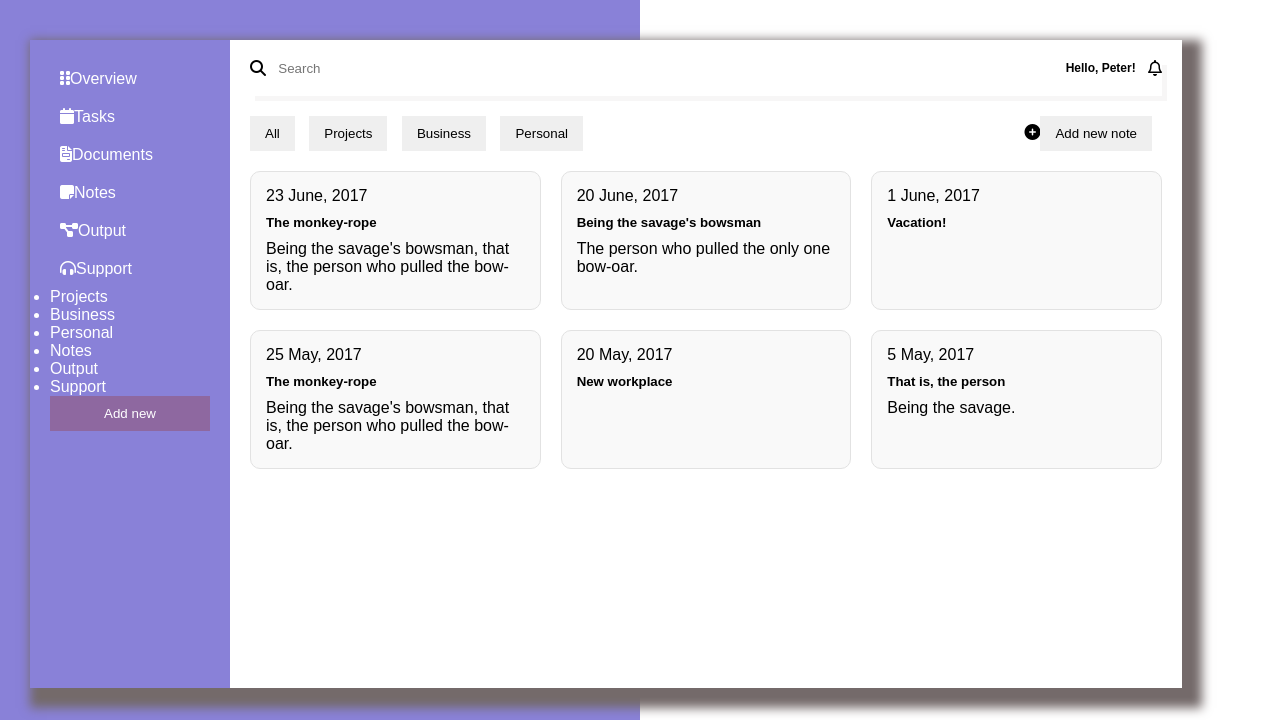
Repository: SatenikGabrielyan/HTML_CSS-_Assignment
Page: index.html
The author's editor kept a copy of each file at every save. The page is drawn from the files as they stood at one save, then again after the next save.
The browser window is 1280 px wide. The pictures show the whole page.
Some web libraries are served in a nearby version.

Above is the page before, as saved 2025-03-17 23:57:20.

### index.html
<!DOCTYPE html>
<html lang="en">
  <head>
    <meta charset="UTF-8" />
    <meta name="viewport" content="width=device-width, initial-scale=1.0" />
    <title>Notes App</title>
    <link rel="stylesheet" href="./style.css" />
    <script src="https://kit.fontawesome.com/858d305f19.js" crossorigin="anonymous"></script>
</head>
  <body>
      <div class="cont">
          <div class="purp"></div>
          <div class="whit"></div>
      </div>
    <div class="container">
      <aside class="sidebar">
        <!-- <header class="circle">
            <i class="fa-regular fa-circle"></i>
        </header> -->
        <nav>
            <ul class="first">
                <li><i class="fa-solid fa-grip-vertical"></i>Overview</li>
                <li> <i class="fa-solid fa-calendar"></i>Tasks</li>
                <li><i class="fa-solid fa-file-invoice"></i>Documents</li>
                <li><i class="fa-solid fa-note-sticky"></i>Notes</li>
                <li><i class="fa-solid fa-diagram-project"></i>Output</li>
                <li><i class="fa-solid fa-headphones-simple"></i>Support</li>
            </ul>
            <ul class="second">
                <li>Projects</li>
                <li>Business</li>
                <li>Personal</li>
                <li>Notes</li>
                <li>Output</li>
                <li>Support</li>
            </ul>
        </nav>
        <button class="add-new">Add new</button>
    </aside>

    <main class="main-content">
       <div class="header">
            <i class="fas fa-search"></i>  <input type="text" placeholder="Search">
            <h3>Hello, Peter!</h3> <i class="fa-regular fa-bell"></i>
    </div>
    <div class="proj">
        <div class="but">
        <div class="tabs">
            <button>All</button>
            <button>Projects</button>
            <button>Business</button>
            <button>Personal</button>
        </div>
        <div >
            <i class="fa-solid fa-circle-plus"></i><button class="add tabs">Add new note</button>
        </div>
    </div>
        <div class="notes-grid">
            <div class="note-card">
                <h4>23 June, 2017</h4>
                <h5>The monkey-rope</h5>
                <p>Being the savage's bowsman, that is, the person who pulled the bow-oar.</p>
            </div>
            <div class="note-card">
                <h4>20 June, 2017</h4>
                <h5>Being the savage's bowsman</h5>
                <p>The person who pulled the only one bow-oar.</p>
            </div>
            <div class="note-card">
                <h4>1 June, 2017</h4>
                <h5>Vacation!</h5>
            </div>
            <div class="note-card">
                <h4>25 May, 2017</h4>
                <h5>The monkey-rope</h5>
                <p>Being the savage's bowsman, that is, the person who pulled the bow-oar.</p>
            </div>
            <div class="note-card">
                <h4>20 May, 2017</h4>
                <h5>New workplace</h5>
            </div>
            <div class="note-card">
                <h4>5 May, 2017</h4>
                <h5>That is, the person</h5>
                <p>Being the savage.</p>
            </div>
        </div>
    </div>
    </main>

    </div>

  </body>
</html>

### style.css
/* CSS Variables for Colors */
:root {
    --bg-color: #fbfbfb;
    --primary-color: #8981d8;
    --secondary-color: #d0d0d0;
    --text-color: #858499;
    --highlight-color: #7f77cc;
    --hover-color: rgba(137, 129, 216, 0.5);
  }


  * {
    margin: 0;
    padding: 0;
    box-sizing: border-box;
  }

  body {
    font-family: Arial, sans-serif;
    /* background-color: var(--bg-color); */
    display: flex;
    height: 100vh;
  }
  .wrapper{
    position: relative;
  }

  .cont{
      display: flex;
      width: 100%;
      position: relative;
      z-index: -1;
      border-radius: 10px;
  }
.purp {
    width: 50%;
    background-color: var(--primary-color);
    flex-direction: row;
}
.whit {
    width: 50%;
    /* background-color: lightgray; */
    flex-direction: row;
}
  .container {
    display: flex;
    width: 90%;
    height: 90%;

    box-shadow: 10px 10px 10px 10px rgb(116, 106, 106);
    margin-left: 30px;
    margin-right: 30px;
    margin-top: 40px;
    margin-bottom: 80px;
    background: center;
    position: absolute;
    z-index: 2;
  }

   .sidebar {
    width: 200px;
    background-color: var(--primary-color);
    color: #fff;
    display: flex;
    flex-direction: column;
    padding: 20px;
  }

  .main-content li {
    float: left;
  }

  .main-content li a {
    display: block;
    color: white;
    text-align: center;
    padding: 14px 16px;
    text-decoration: none;
  }

  .main-content li a:hover:not(.active) {
    background-color: #111;
  }

  .sidebar-header h2 {
    margin-bottom: 20px;
  }

  .sidebar-list {
    list-style: none;
  }

  .sidebar-list li {
    margin: 15px 0;
    display: flex;
    align-items: center;
    cursor: pointer;
  }

  .sidebar-list li i {
    margin-right: 10px;
  }

  .main-content {
    background-color: white;
    /* width: 200px; */
    flex-grow: 1;
    flex: 1;
    /* padding-top: 20px; */
     padding: 20px;
    /* overflow-y: auto;  */
  }

   /* header {
    display: flex;
    justify-content: space-between;
    align-items: center;
    margin-bottom: 20px;
  } */

  /*
  .header-left p {
    font-size: 1.2em;
    color: var(--text-color);
  }

  .header-right {
    display: flex;
    align-items: center;
  }

  .header-right i {
    margin-right: 20px;
    cursor: pointer;
  }

  .add-note-btn {
    background-color: var(--primary-color);
    color: #fff;
    border: none;
    padding: 10px 20px;
    cursor: pointer;
    display: flex;
    align-items: center;
  }

  .add-note-btn i {
    margin-right: 10px;
  }


  .notes-grid {
    display: grid;
    grid-template-columns: repeat(auto-fill, minmax(300px, 1fr));
    gap: 20px;
  }

  .note-item {
    background-color: #fff;
    border-radius: 8px;
    box-shadow: 0 2px 4px rgba(0, 0, 0, 0.1);
    overflow: hidden;
    display: flex;
    flex-direction: column;
    padding: 20px;
  }

  .note-item img {
    width: 100%;
    height: auto;
    border-radius: 8px;
    margin-bottom: 15px;
  }

  .note-item p {
    color: var(--text-color);
    font-size: 1em;
    line-height: 1.5;
  }


  .sidebar-list li:hover {
    background-color: var(--highlight-color);
    transition: background-color 0.3s ease;
  }


  @media (max-width: 768px) {
    .container {
      flex-direction: column;
    }

    .sidebar {
      width: 100%;
      flex-direction: row;
      justify-content: space-around;
      padding: 10px;
    }

    .sidebar-list {
      display: flex;
      flex-direction: row;
      gap: 15px;
    }

    .sidebar-list li {
      margin: 0;
    }

    .main-content {
      padding: 10px;
    }

    header {
      flex-direction: column;
      align-items: flex-start;
    }

    .header-right {
      margin-top: 10px;
    }

    .notes-grid {
      grid-template-columns: 1fr;
    }

    .note-item {
      padding: 10px;
    }

    .note-item img {
      margin-bottom: 10px;
    }
  } */
  /* .sidebar {
    background-color: #5e4b9a;
    color: white;
    width: 300px;
    padding: 20px;
} */

/* .sidebar header {
    font-size: 24px;
}

.sidebar nav ul {
    list-style: none;
    padding: 0;
}

.sidebar nav ul li {
    margin: 15px 0;
} */

.add-new {
    background-color: #8e68a0;
    color: white;
    border: none;
    padding: 10px;
    cursor: pointer;
}

.header {
    display: flex;
    width: 100%;
    justify-content: space-between;
    align-items: center;
    background-color: white;
    box-shadow: 5px  5px rgb(247, 246, 246);
    padding-bottom: 20px;
}

.header input {
    border: none;
    margin: 0;
    width: 85%;
}

.header h3 {
    margin: 0;
    font-size: 12px;
}

.tabs {
    margin: 20px 0;
}

.tabs button {
    margin-right: 10px;
    padding: 10px 15px;
    border: none;
    /* background-color: #e2e2e2; */
    cursor: pointer;
}
.tabs :hover {
    background-color: var(--highlight-color);
    transition: background-color 0.3s ease;
  }
.first {
    list-style-type: none;
}
.first li {
    padding: 10px;
}
.notes-grid {
    display: grid;
    grid-template-columns: repeat(auto-fill, minmax(240px, 1fr));
    gap: 20px;
}
.but{
    display: flex;
    flex-direction: row;
    justify-content: space-between;
}
.add {
    margin-right: 10px;
    padding: 10px 15px;
    border: none;
    cursor: pointer;
}

.note-card {
    border: 1px solid #e2e2e2;
    border-radius: 10px;
    padding: 15px;
    background-color: #f9f9f9;
}

.note-card h4 {
    margin: 0;
    font-weight: normal;
}

.note-card h5 {
    margin: 10px 0;
}

After the next save:
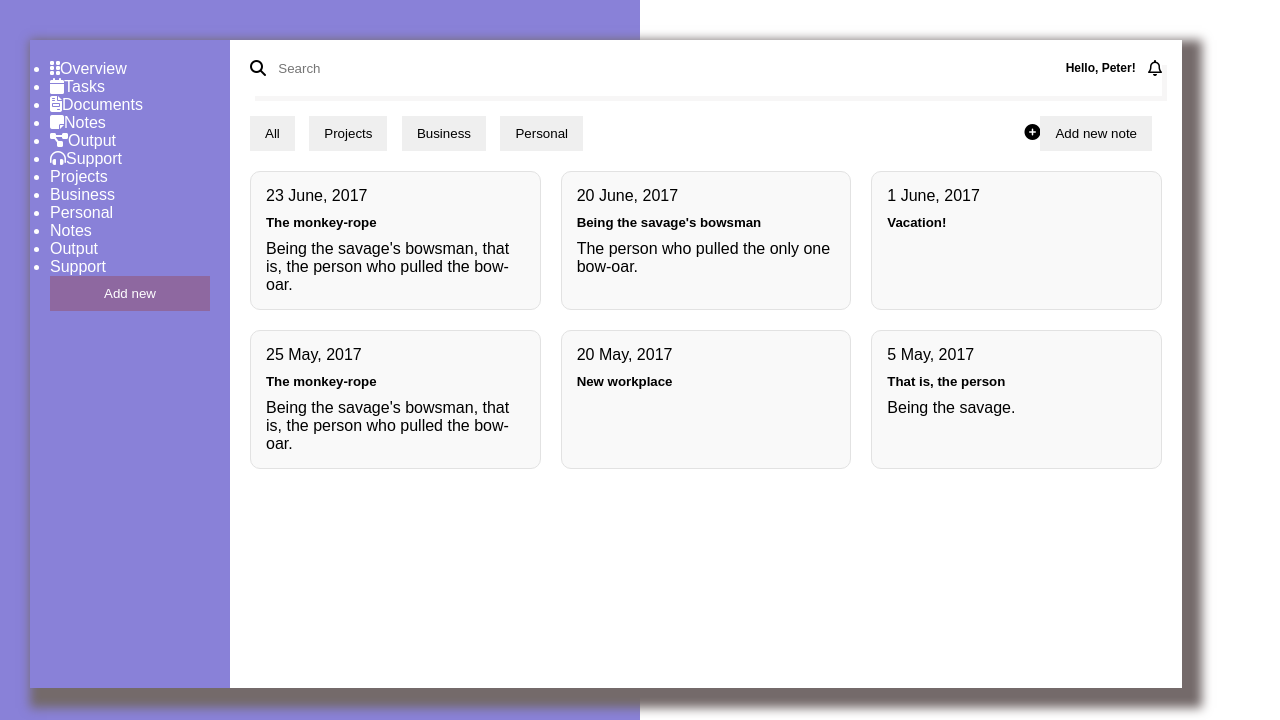
Saved 106 s later.
--- a/style.css
+++ b/style.css
@@ -296,12 +296,7 @@
     background-color: var(--highlight-color);
     transition: background-color 0.3s ease;
   }
-.first {
-    list-style-type: none;
-}
-.first li {
-    padding: 10px;
-}
+
 .notes-grid {
     display: grid;
     grid-template-columns: repeat(auto-fill, minmax(240px, 1fr));

After the save that followed:
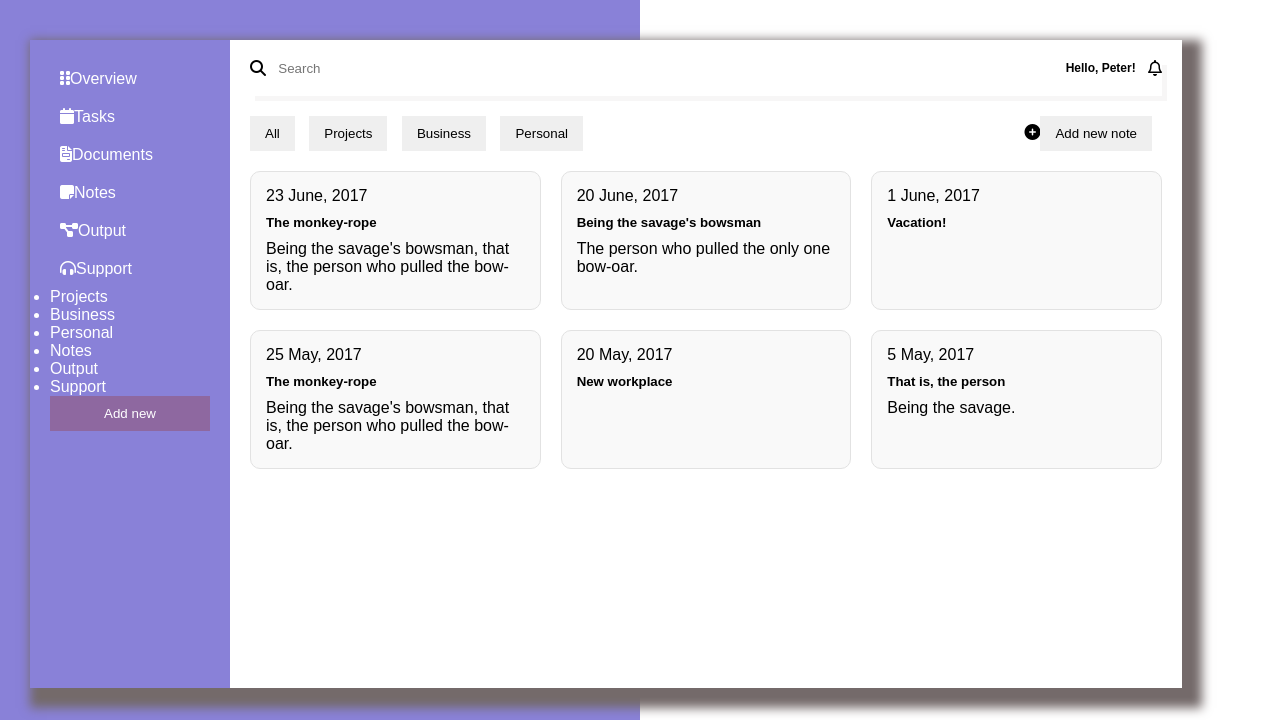
Saved 20 s later.
--- a/style.css
+++ b/style.css
@@ -81,7 +81,12 @@
   .main-content li a:hover:not(.active) {
     background-color: #111;
   }
-
+  .first {
+    list-style-type: none;
+}
+.first li {
+    padding: 10px;
+}
   .sidebar-header h2 {
     margin-bottom: 20px;
   }
